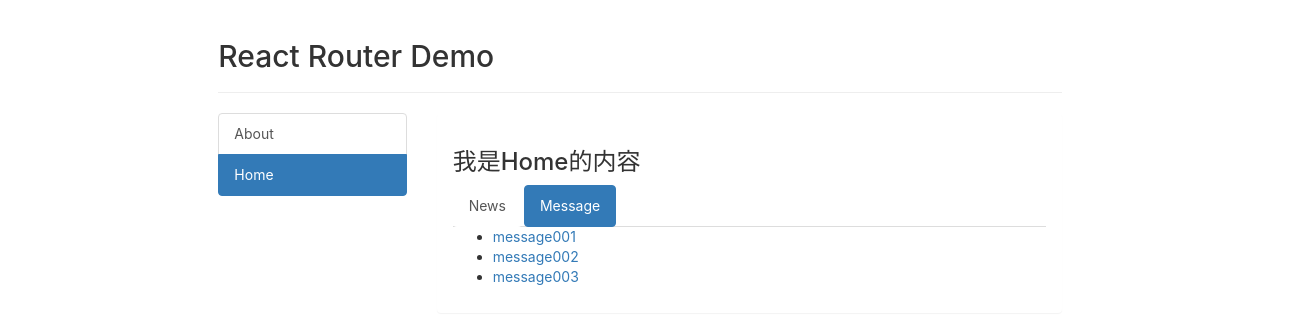
Repository: Shanshan67/React_a
Page: /home
These files come from the project's save history. The page is drawn as it stood at one moment and after the next save; the edit follows.
The browser window is 1280 px wide. The page is 1295 px wide, so the pictures cover 1295 px, including what lies to the right of the window. The pictures show the whole page.
The project was rebuilt for these pictures with package versions that can differ from the ones it lists, and the page was loaded fresh each time. Imported but missing from the stored project, and not drawn on this page: src/pages/About.

Above is the page before, as saved 2022-12-07 21:04:57.

After the next save:
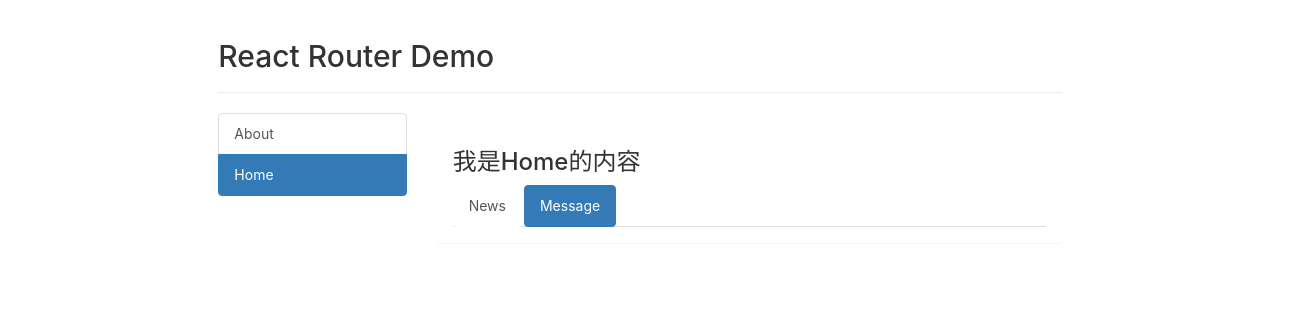
Saved 41 s later.
--- a/src/pages/Home/index.jsx
+++ b/src/pages/Home/index.jsx
@@ -14,19 +14,7 @@ export default class Home extends Component {
                 <a className="list-group-item active" href="./home-message.html">Message</a>
             </li>
             </ul>
-            <div>
-            <ul>
-                <li>
-                <a href="/message1">message001</a>&nbsp;&nbsp;
-                </li>
-                <li>
-                <a href="/message2">message002</a>&nbsp;&nbsp;
-                </li>
-                <li>
-                <a href="/message/3">message003</a>&nbsp;&nbsp;
-                </li>
-            </ul>
-            </div>
+
             </div>
         </div>
     )
